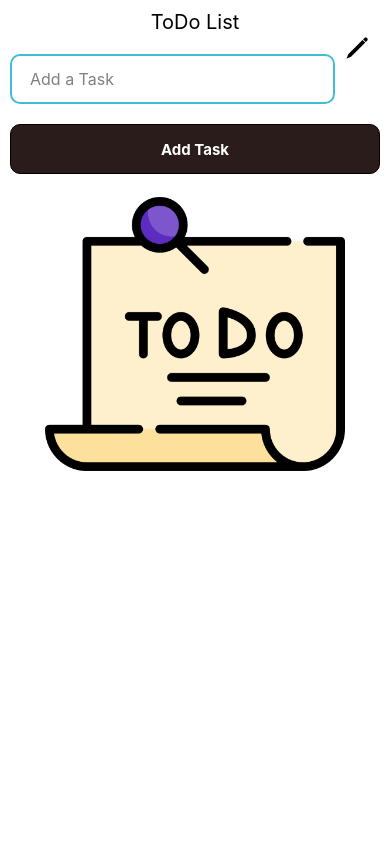
Repository: raisingh22/Projects
Screen: /
These files come from the project's save history. The screen is drawn as it stood at one moment and after a run of saves; the edit follows.
The app was drawn by React Native's web renderer in a window 390 px wide. The project was rebuilt for these pictures with package versions that can differ from the ones it lists, and the page was loaded fresh each time.

Above is the screen before, as saved 2024-01-22 14:06:16.

After the next 3 saves:
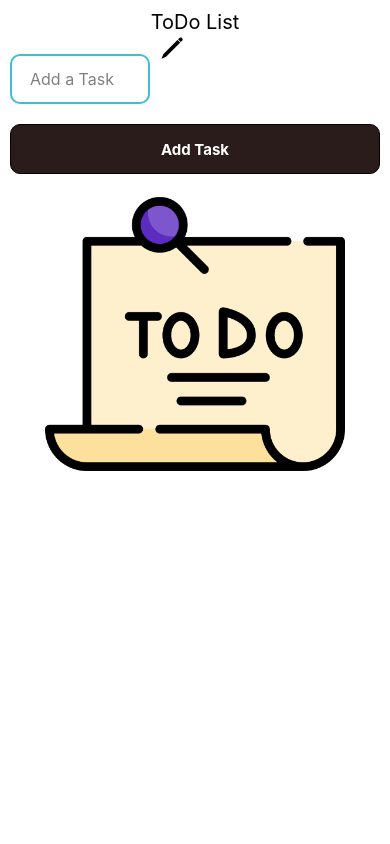
The 3 saves are shown as one change because they came seconds apart.
The last was saved 41 s later.
--- a/src/ToDoList/screens/ToDo.js
+++ b/src/ToDoList/screens/ToDo.js
@@ -69,6 +69,7 @@ const ToDo = () => {
       }}>ToDo List</Text>
       <View style={{
         flexDirection:'row',
+        width:"50%"
       }}>
       <TextInput
         placeholder="Add a Task"
